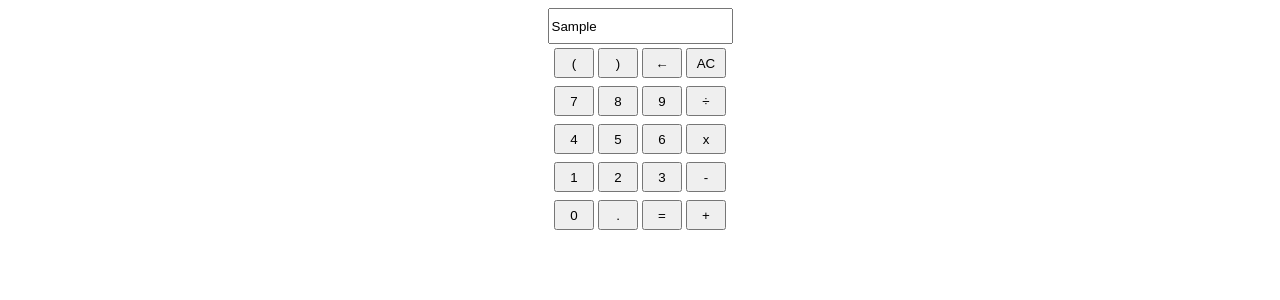
Repository: z1youRA/MyCalculator
Page: index.html
These files come from the project's save history. The page is drawn as it stood at one moment and after the next save; the edit follows.
The browser window is 1280 px wide. The pictures show the whole page.
Empty fields were first filled with sample values (such as "Sample", 5 or name@example.com).
After loading, the first visible `button.clear` was clicked once.

Above is the page before, as saved 2021-12-19 15:50:36.

### index.html
<!DOCTYPE html>
<html lang="en">
<head>
    <meta charset="UTF-8">
    <meta http-equiv="X-UA-Compatible" content="IE=edge">
    <meta name="viewport" content="width=device-width, initial-scale=1.0">
    <title>Document</title>
    <link rel='stylesheet' href='./css/styles.css'>
</head>
<body>
    <div class='container'>
        <input type='text'>
        <div class='buttons'>
            <div class='first-row row'>
                <button class='ope'>(</button>
                <button class='ope'>)</button>
                <button>←</button>
                <button class='clear'>AC</button>
            </div>
            <div class='second-row row'>
                <button class='num'>7</button>
                <button class='num'>8</button>
                <button class='num'>9</button>
                <button class='ope'>÷</button>
            </div>
            <div class='third-row row'>
                <button class='num'>4</button>
                <button class='num'>5</button>
                <button class='num'>6</button>
                <button class='ope'>x</button>
            </div>
            <div class='fourth-row row'>
                <button class='num'>1</button>
                <button class='num'>2</button>
                <button class='num'>3</button>
                <button class='ope'>-</button>
            </div>
            <div class='fifth-row row'>
                <button class='num'>0</button>
                <button class='num'>.</button>
                <button class='calcu'>=</button>
                <button class='ope'>+</button>
            </div>
        </div>
    </div>

</body>
<script src='script.js'>
</script>
</html>

### css/styles.css
.container {
    display: flex;
    align-items: center;
    justify-content: center;
    flex-direction: column;
}

input {
    height: 30px;
}

.buttons {
    display: flex;
    flex-direction: column;
    align-items: center;
}

.row {
    margin:4px 2px;
}


button {
    height: 30px;
    width: 40px;
}

### script.js
function add(num1, num2) {
    return +num1 + +num2;
}

function subtract(num1, num2) {
    return +num1 - +num2;
}

function multiply(num1, num2) {
    return +num1 * +num2;
}

function divide(num1, num2) {
    return +num1 / +num2;
}

function operate() {
    if(operator === '+') {
        input.value = add(num1, num2);
        result = input.value;
    }
    if(operator === '-') {
        input.value = subtract(num1, num2);
        result = input.value;
    }
    if(operator === '*'|| operator === 'x') {
        input.value = multiply(num1, num2);
        result = input.value;
    }
    if(operator === '/'|| operator === '÷') {
        input.value = divide(num1, num2);
        result = input.value;
    }
}

function clear() { //wating to be applied to AC function.
    let num1 = '';
    let num2 = '';
    let operator = '';
    let result = '';
}

function inputNum() {
    if(flag === 1 && num2 === '') { //clear the screen when input the second operand.
        input.value = '';
    }
    const number = this.textContent;
    input.value += number;
    if(flag === 0) {
        num1 += number;
    }
    else
        num2 += number;
}

function inputOperator() {
    if(num1 !== '' && num2 !== '' && operator !== '') { //if user didn't press the = button each time.
        operate();
    }
    if(result != '') { //for a second successive operation
        num1 = result;
        num2 = '';
    }
    operator = this.textContent;
    num1 = input.value;
    flag = 1;
}

let flag = 0; //if num1 exists flag == 1
let num1 = '';
let num2 = '';
let operator = '';
let result = '';
const input = document.querySelector('input');
const nums = document.querySelectorAll('button.num'); //select all buttons representing numbers
const operators = document.querySelectorAll('button.ope');
const calcu = document.querySelector('.calcu');
const clr = document.querySelector('.clear');

clr.addEventListener('click', clear);
calcu.addEventListener('click', operate);
nums.forEach(num => {
    num.addEventListener('click', inputNum)
})

operators.forEach(ope => {
    ope.addEventListener('click', inputOperator);
})

After the next save:
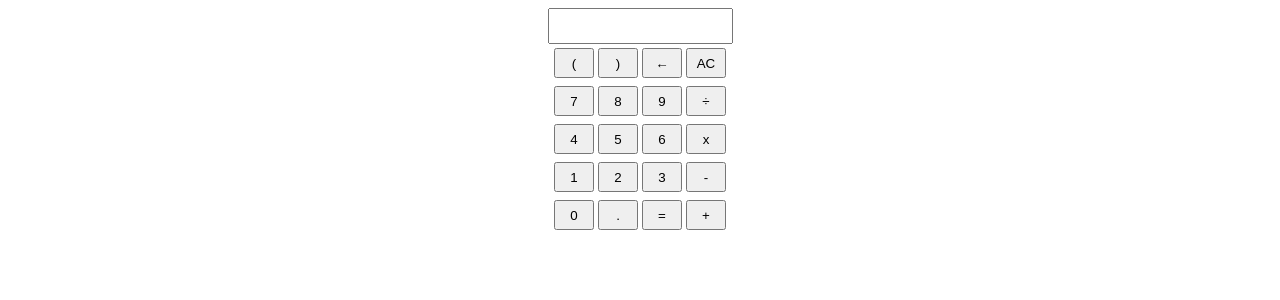
Saved 55 s later.
--- a/script.js
+++ b/script.js
@@ -34,6 +34,7 @@ function operate() {
 }
 
 function clear() { //wating to be applied to AC function.
+    input.value = '';
     let num1 = '';
     let num2 = '';
     let operator = '';
